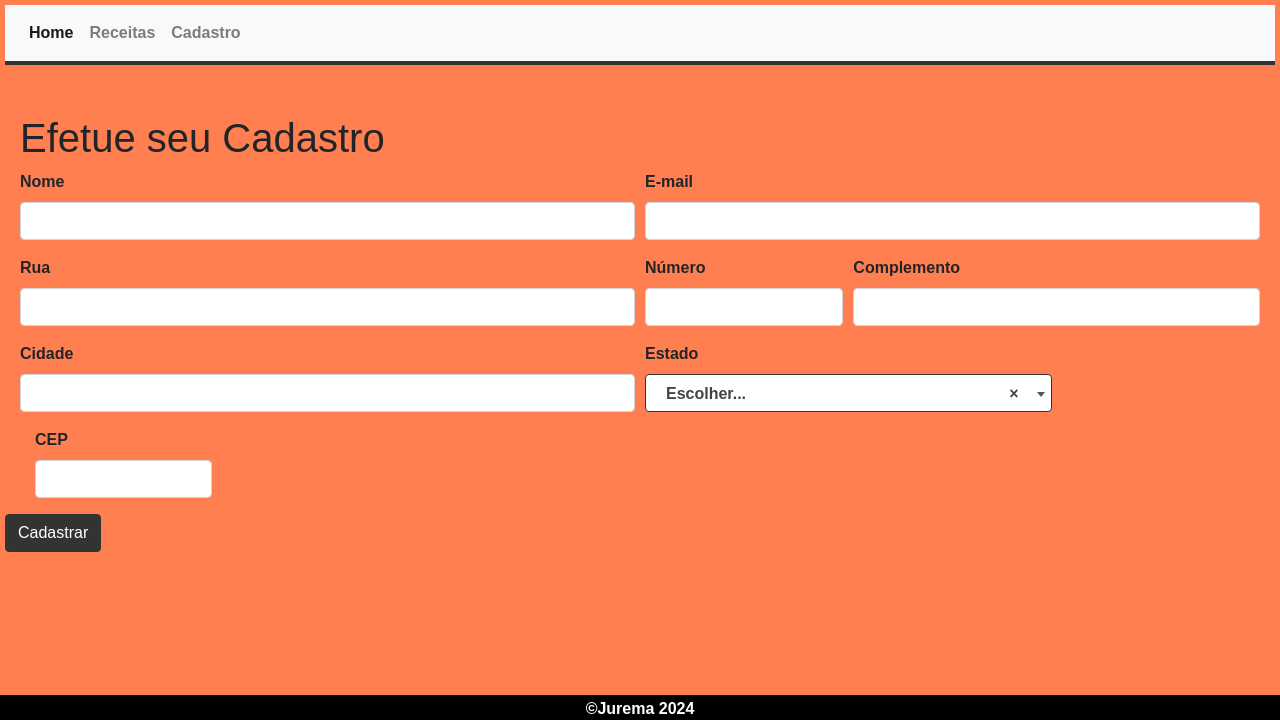
Repository: devropaes/RECEITAS
Page: OneDrive/Área de Trabalho/Estudos/Estácio/receitas/cadastro.html
An editor plug-in stored every save of this project. The page is shown before and after the next save, followed by the edit.
The browser window is 1280 px wide. The pictures show the whole page.

Above is the page before, as saved 2024-03-13 18:36:01.

### OneDrive/Área de Trabalho/Estudos/Estácio/receitas/cadastro.html
<!-- Scripts Bootstrap -->

<!DOCTYPE html>
<html lang="pt-br">
<head>
    <meta charset="UTF-8">
    <meta http-equiv="X-UA-Compatible" content="IE=edge">
    <meta name="viewport" content="width=device-width, initial-scale=1.0">
    <link rel="stylesheet" href="https://stackpath.bootstrapcdn.com/bootstrap/4.3.1/css/bootstrap.min.css" integrity="sha384-ggOyR0iXCbMQv3Xipma34MD+dH/1fQ784/j6cY/iJTQUOhcWr7x9JvoRxT2MZw1T" crossorigin="anonymous">
    <link href="https://cdnjs.cloudflare.com/ajax/libs/select2/4.0.13/css/select2.min.css" rel="stylesheet" />
    <link rel="stylesheet" href="formatos.css">
    <link rel="stylesheet" href="cadastro.css">
    <title>Cadastro</title>
    <style>
        body {
            background-color: #ff7f50; /* Cor de fundo do corpo */
        }
    </style>
</head>
<body>
    <div class="page-container">
        <header>
            <nav class="navbar navbar-expand-lg navbar-light bg-light">
                <!-- Área do Menu -->
                <ul class="navbar-nav">
                    <li class="nav-item active">
                        <a class="nav-link" href="home.html">Home</a>
                    </li>
                    <li class="nav-item">
                        <a class="nav-link" href="receitas.html">Receitas</a>
                    </li>
                    <li class="nav-item">
                        <a class="nav-link" href="cadastro.html">Cadastro</a>
                    </li>
                </ul>
            </nav>
        </header>

        <main class="container-fluid">
            <!-- Área Principal - Título e Formulário de Cadastro -->
            <div class="row">
                <div class="col-lg-12">
                    <h1 class="mt-4">Efetue seu Cadastro</h1>
                    <form>
                        <div class="form-row">
                            <div class="form-group col-md-6">
                                <label for="nome">Nome</label>
                                <input type="text" class="form-control" id="nome" required>
                            </div>
                            <div class="form-group col-md-6">
                                <label for="email">E-mail</label>
                                <input type="email" class="form-control" id="email" required>
                            </div>
                        </div>
                        <div class="form-row">
                            <div class="form-group col-md-6">
                                <label for="rua">Rua</label>
                                <input type="text" class="form-control" id="rua" required>
                            </div>
                            <div class="form-group col-md-2">
                                <label for="numero">Número</label>
                                <input type="text" class="form-control" id="numero" required>
                            </div>
                            <div class="form-group col-md-4">
                                <label for="complemento">Complemento</label>
                                <input type="text" class="form-control" id="complemento">
                            </div>
                        </div>
                        <div class="form-row">
                            <div class="form-group col-md-6">
                                <label for="cidade">Cidade</label>
                                <input type="text" class="form-control" id="cidade" required>
                            </div>
                            <div class="form-group col-md-4">
                                <label for="estado">Estado</label>
                                <select id="estado" class="form-control" required>

                                        <option selected>Escolher...</option>
                                        <option value="AC">Acre</option>
                                        <option value="AL">Alagoas</option>
                                        <option value="AP">Amapá</option>
                                        <option value="AM">Amazonas</option>
                                        <option value="BA">Bahia</option>
                                        <option value="CE">Ceará</option>
                                        <option value="DF">Distrito Federal</option>
                                        <option value="ES">Espírito Santo</option>
                                        <option value="GO">Goiás</option>
                                        <option value="MA">Maranhão</option>
                                        <option value="MT">Mato Grosso</option>
                                        <option value="MS">Mato Grosso do Sul</option>
                                        <option value="MG">Minas Gerais</option>
                                        <option value="PA">Pará</option>
                                        <option value="PB">Paraíba</option>
                                        <option value="PR">Paraná</option>
                                        <option value="PE">Pernambuco</option>
                                        <option value="PI">Piauí</option>
                                        <option value="RJ">Rio de Janeiro</option>
                                        <option value="RN">Rio Grande do Norte</option>
                                        <option value="RS">Rio Grande do Sul</option>
                                        <option value="RO">Rondônia</option>
                                        <option value="RR">Roraima</option>
                                        <option value="SC">Santa Catarina</option>
                                        <option value="SP">São Paulo</option>
                                        <option value="SE">Sergipe</option>
                                        <option value="TO">Tocantins</option>
                                    </select>
                            </div>


                                </select>
                            </div>
                            <div class="form-group col-md-2">
                                <label for="cep">CEP</label>
                                <input type="text" class="form-control" id="cep" required>
                            </div>
                        </div>
                        <button type="submit" class="btn btn-primary">Cadastrar</button>
                    </form>
                </div>
            </div>
        </main>

        <footer class="rodape">
          <p>&copy;Jurema 2024 </p>
     </footer>
     <script src="https://code.jquery.com/jquery-3.3.1.slim.min.js" integrity="sha384-q8i/X+965DzO0rT7abK41JStQIAqVgRVzpbzo5smXKp4YfRvH+8abtTE1Pi6jizo" crossorigin="anonymous"></script>
<script src="https://cdnjs.cloudflare.com/ajax/libs/popper.js/1.14.7/umd/popper.min.js" integrity="sha384-UO2eT0CpHqdSJQ6hJty5KVphtPhzWj9WO1clHTMGa3JDZwrnQq4sF86dIHNDz0W1" crossorigin="anonymous"></script>
<script src="https://stackpath.bootstrapcdn.com/bootstrap/4.3.1/js/bootstrap.min.js" integrity="sha384-JjSmVgyd0p3pXB1rRibZUAYoIIy6OrQ6VrjIEaFf/nJGzIxFDsf4x0xIM+B07jRM" crossorigin="anonymous"></script>
<script src="https://cdnjs.cloudflare.com/ajax/libs/select2/4.0.13/js/select2.min.js"></script>

<script>
    $(document).ready(function() {
        // Aplica o Select2 ao campo de seleção de estados
        $('#estado').select2({
            placeholder: 'Escolher...',
            allowClear: true, // Permite a limpeza da seleção
        });
    });
</script>

</body>
</html>

### OneDrive/Área de Trabalho/Estudos/Estácio/receitas/formatos.css

img {
    width: 70px;
    background-color: #ff7f50;
}

img, h1 {
    display:inline-block
    background-color: #ff7f50;

}

img arroz-de-couve-flor,bolo-de-cafe,coxinha-de-brigadeiro {
    width: 300px;
}
navlist {
 display: flex;
 background-color: #ff7f50;
}
body {
    background-color:#ff7f50;
    font-family: Arial, Helvetica, sans-serif;
    font-size: 16px;
    text-decoration: none;


}
header {
    text-decoration: none;
}

.cabecalho{
    background-color: #ff7f50;
    font-family:"krona one",sans-serif ;
    font-weight: 600;
    color: #333;
    padding: 10px;
    text-decoration: none;
}

.cabecalho__menu {
    background-color: #ff7f50;
    font-family: "Krona One", sans-serif;
    font-weight: 600;
    display: flex;
    justify-content: left;
    color:#333;
    text-decoration: none;

}


.cabecalho__menu__link {
    background-color: #ff7f50;
    font-family: "Krona One", sans-serif;
    font-weight: 600;
    color: #333;
    text-decoration: none;
    padding: 5px 10px;
    margin: 0 10px;
    pad: 50px;

}
.cabecalho__cadastro__link {
    background-color: #ff7f50;
    font-family: "Krona One", sans-serif;
    font-weight: 600;
    color: #333;
    text-decoration: none;
    padding: 5px 10px;
    margin: 0 10px;
    pad: 50px;
}


.apresentacao {
    font-family: "Krona One", sans-serif;
    font-weight: 600;
    background-color: #ff7f50;
    text-align: center;
    padding: 50px;
}

.apresentacao__conteudo {
    img: 33 x 32px;
    font-family: "Krona One", sans-serif;
    font-weight: 600;
    max-width: 600px;
    margin: 0 auto;
    pad: 60px;
}

.apresentacao__conteudo {
    font-family: "Krona One", sans-serif;
    font-weight: 600;
    color: #333;
    pad:62px;

}
.apresentacao__conteudo__titulo {
    justify-items:right;
    width: 60%;

}


.apresentacao__receitas__link {
    align-items: center;
    display:flex;
    gap: 16px;
    width: 50%;
    text-align: center;

}


.rodape {
    background-color: #000;
    color: #fff;
    text-align: center;
    padding: 2px;
    position: fixed;
    border-bottom: #fff;
    left: 0; /* Alteração aqui para fixar o rodapé no lado esquerdo */
    bottom: 0%;
    width: 100%;
    margin: 0%;
    max-width: 100%;

}

### OneDrive/Área de Trabalho/Estudos/Estácio/receitas/cadastro.css
* {
  margin: 0;
  padding: 0;
  box-sizing: border-box;
}

:root {
  --cor-primaria: #ff7f50;
  --cor-secundaria: #333;
  --cor-terciaria: #000;
  --cor-hover: #fff;
  --font-primaria: "Arial, Helvetica", sans-serif;
  --font-secundaria: "Krona-One", sans-serif;
}

body {
  overflow-y: auto;
  background-color: var(--cor-primaria);
  font-family: var(--font-secundaria);
  font-size: 1em;
  font-weight: 600;
  text-align: left;
  margin: 5px;
}

.navbar {
  background-color: var(--cor-terciaria);
  color: var(--cor-hover);
}

header {
  height: 60px;
  background-color: var(--cor-secundaria);
  color: var(--cor-hover);
}

nav a {
  color: var(--cor-hover);
}

nav a:hover {
  color: var(--cor-hover);
}

main {
  height: auto;
  padding: 25px;
}

footer {
  height: 25px;
  background-color: var(--cor-hover);
  color: var(--cor-secundaria);
  text-align: center;
  padding-top: 5px;
}

.navlist {
  background-color: var(--cor-terciaria);
  color: var(--cor-hover);
  list-style: none;
  padding: 0;
  display: flex;
  justify-content: space-around;
}

.navlist li {
  margin: 0;
}

.navlist a {
  text-decoration: none;
  color: var(--cor-hover);
  background-color: var(--cor-secundaria);
  border-color: var(--cor-secundaria);
}

.navlist a:hover {
  color: var(--cor-terciaria);
}

/* Estilo personalizado para o Select2 */
.select2-container--default .select2-selection--single {
  height: 38px;
  padding: 8px 12px;
  border: 1px solid var(--cor-secundaria);
  border-radius: 4px;
}

.select2-container--default .select2-selection--single .select2-selection__arrow {
  height: 38px;
}

.select2-container--default .select2-selection--single .select2-selection__rendered {
  line-height: 22px;
}

.select2-container--default .select2-selection--single .select2-selection__arrow b {
  border-color: #555 transparent transparent transparent;
}

#filtroEstado {
  margin-bottom: 10px;
}

.apresentacao {
  font-family: var(--font-secundaria);
  font-weight: 600;
  background-color: var(--cor-primaria);
  text-align: center;
  padding: 50px;
}

.btn-primary {
  color: var(--cor-hover);
  background-color: var(--cor-secundaria);
  border-color: var(--cor-secundaria);
}

.rodape {
  background-color: var(--cor-terciaria);
  color: var(--cor-hover);
  text-align: center;
  padding: 2px;
  position: fixed;
  border-bottom: var(--cor-hover);
  left: 0;
  bottom: 0%;
  width: 100%;
  margin: 0%;
  max-width: 100%;
}

After the next save:
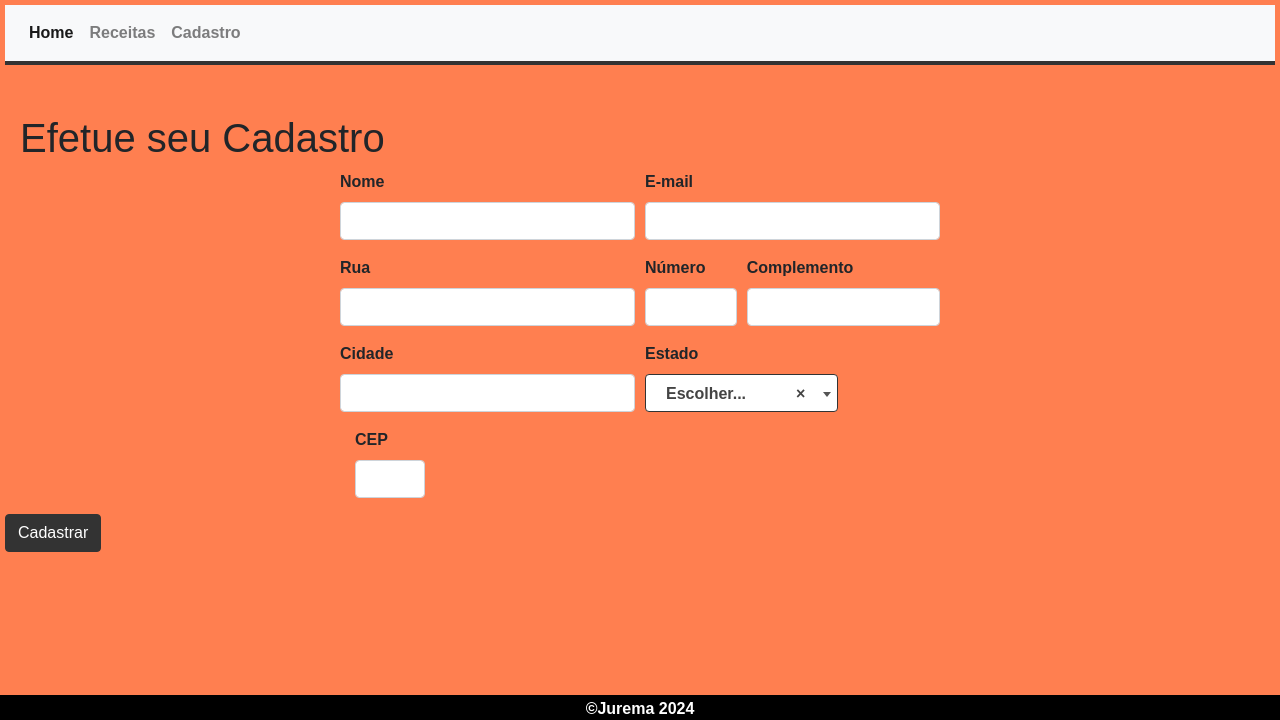
Saved 5 min 4 s later.
--- a/OneDrive/Área de Trabalho/Estudos/Estácio/receitas/cadastro.css
+++ b/OneDrive/Área de Trabalho/Estudos/Estácio/receitas/cadastro.css
@@ -45,6 +45,11 @@
 main {
   height: auto;
   padding: 25px;
+}
+
+form {
+  max-width: 600px;
+  margin: 0 auto;
 }
 
 footer {
